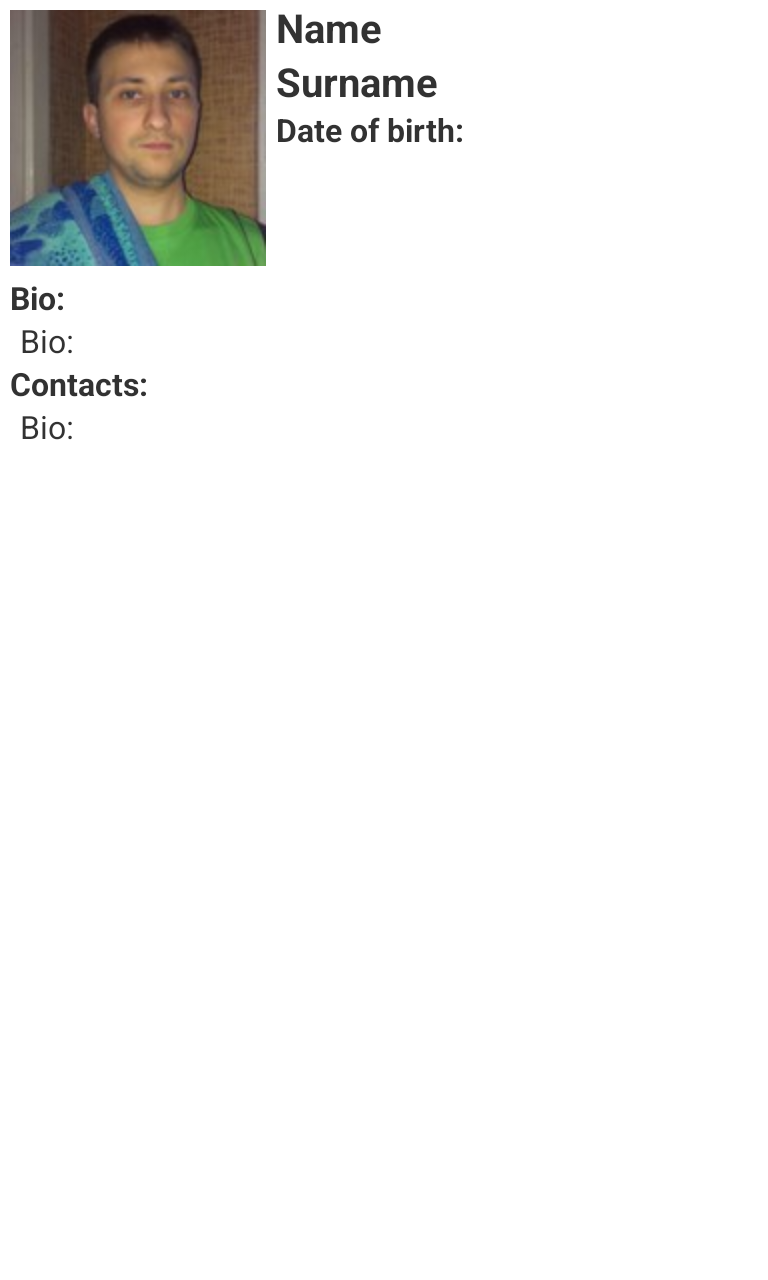
Repository: VanchT/42-test-ivtolkachev
Layout: FacebookFriends/res/layout/activity_main.xml
An editor plug-in stored every save of this project. The layout is shown before and after the next save, followed by the edit.
It is drawn on a 768 x 1280 px phone screen (xhdpi) without system bars, with theme AppTheme; the app's code is not run.

Above is the layout before, as saved 2013-01-09 08:58:27.

After the next save:
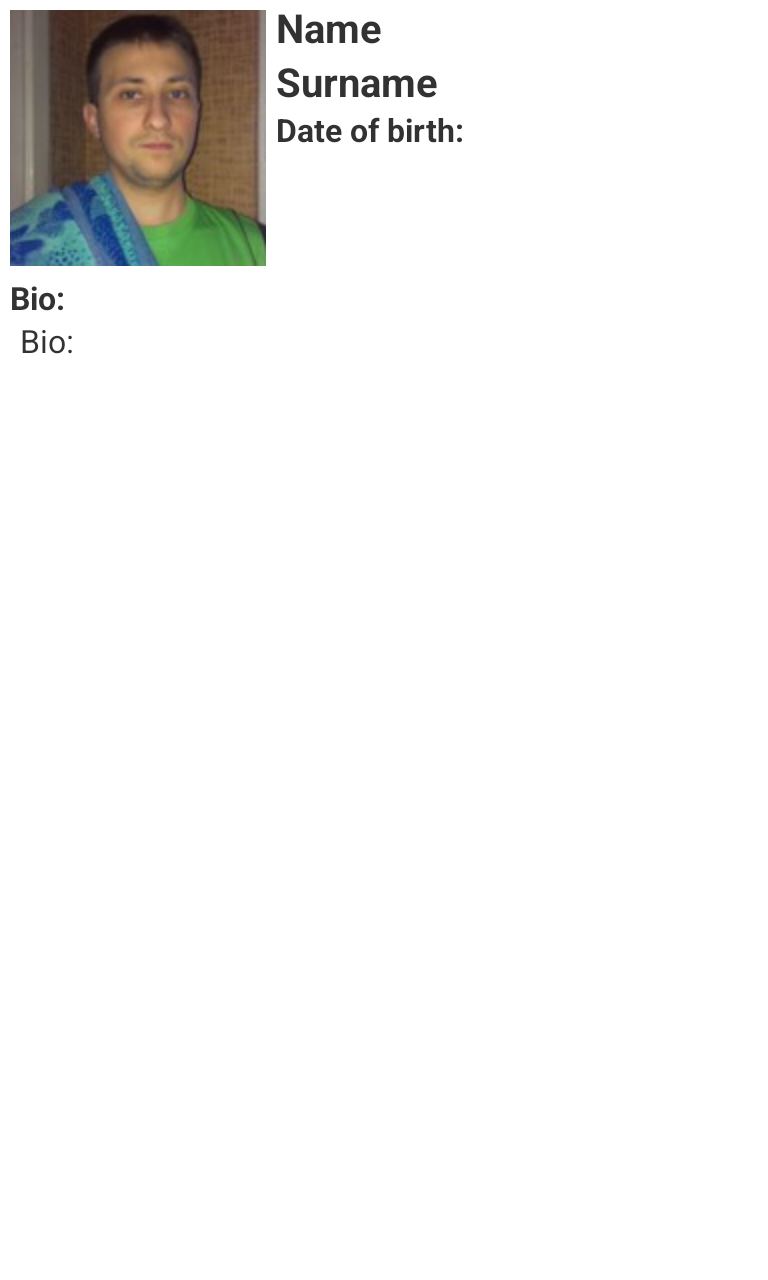
Saved 37 s later.
--- a/FacebookFriends/res/layout/activity_main.xml
+++ b/FacebookFriends/res/layout/activity_main.xml
@@ -85,7 +85,6 @@
         android:layout_alignLeft="@id/image_me"
         android:textStyle="bold"
         android:textSize="16sp"
-        android:text="@string/me_contacts"
         />
 
  <TextView
@@ -96,7 +95,6 @@
         android:layout_alignParentLeft="true"
         android:layout_marginLeft="10dp"
         android:textSize="16sp"
-        android:text="@string/me_bio"
         />
 
 </RelativeLayout>
